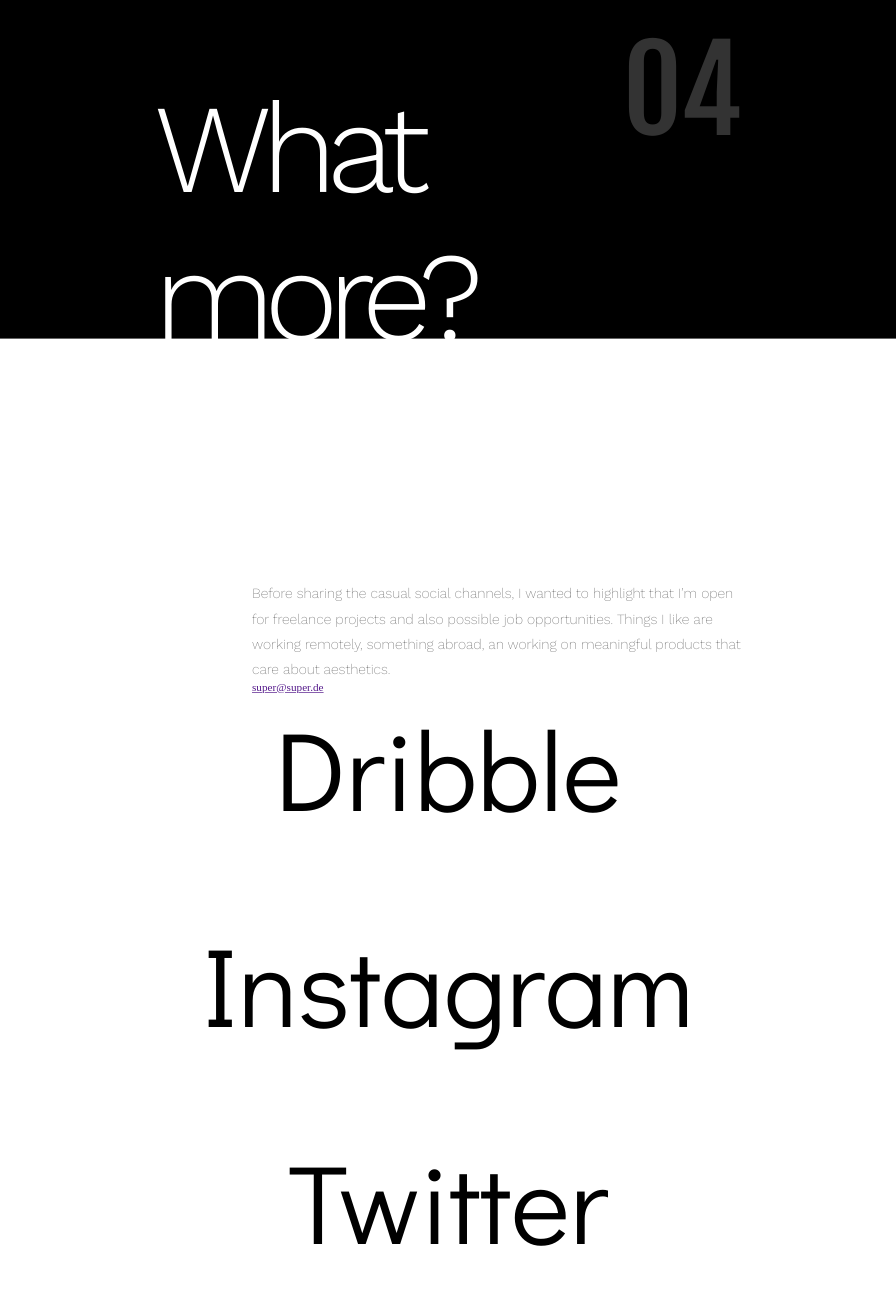
Repository: m0lt/DigitalDesigner
Page: index.html
An editor plug-in stored every save of this project. The page is shown before and after the next save, followed by the edit.
The browser window is 1280 px wide. The pictures show the part of the page from y = 3804 to 5724 px (the page is 5673 px tall before and 5724 px after), at 70% of full size.
Backgrounds fixed to the window are drawn as part of the page.

Above is the page before, as saved 2025-07-08 12:37:53.

After the next save:
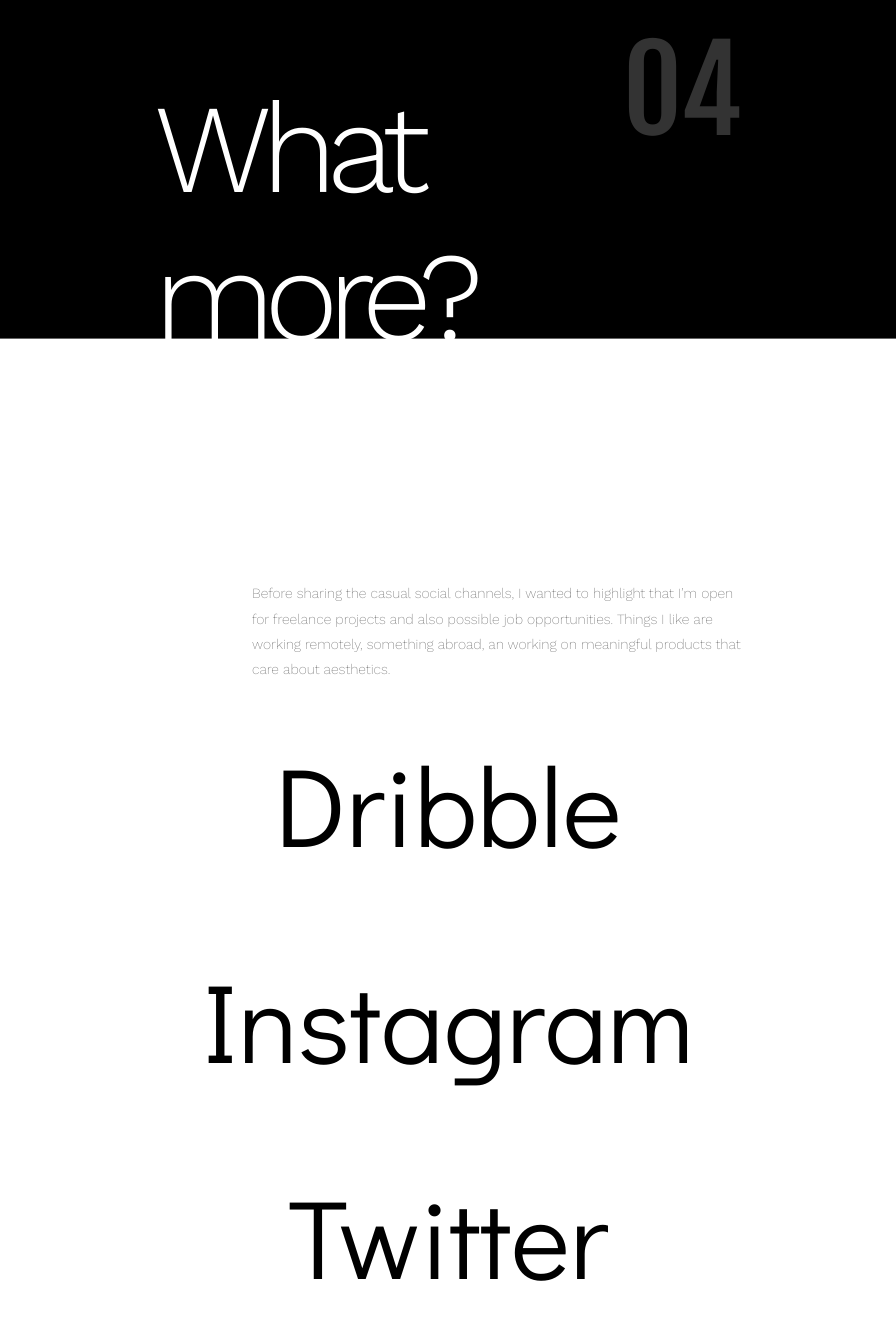
Saved 18 s later.
--- a/assets/css/styles.css
+++ b/assets/css/styles.css
@@ -195,12 +195,12 @@
   width: 700px;
   float: right;
 }
-#more p:nth-child(1) {
+#more p {
   color: var(--mid);
   font-weight: 200;
   line-height: 180%;
 }
-#more p:nth-child(2) {
+#more a {
   padding-top: 30px;
   font-size: 60px;
   font-weight: 300;
